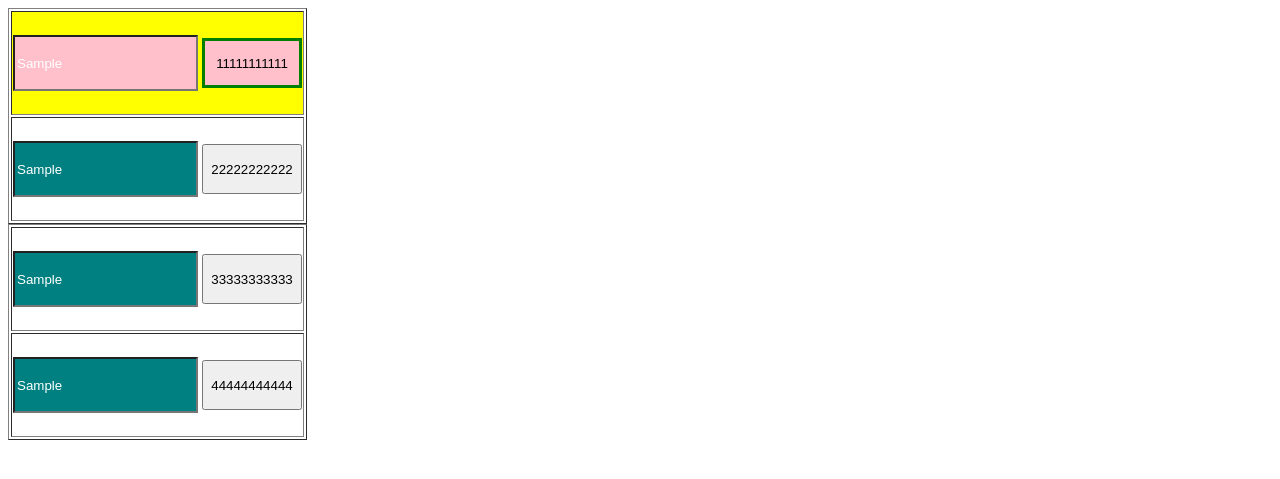
Repository: AgentHyun/FishDalle3
Page: Feb14_1_jQuery/WebContent/2_DOM_Select.html
The author's editor kept a copy of each file at every save. The page is drawn from the files as they stood at one save, then again after the next save.
The browser window is 1280 px wide. The pictures show the whole page.
Empty fields were first filled with sample values (such as "Sample", 5 or name@example.com).
After loading, the first visible `td` was clicked once.

Above is the page before, as saved 2025-02-14 02:56:11.

After the next save:
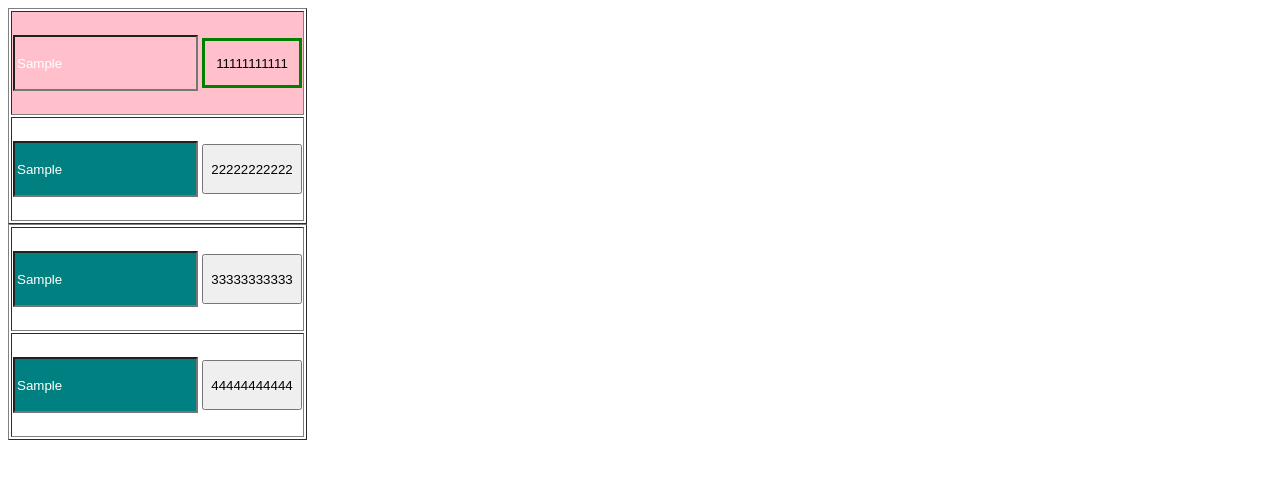
Saved 11 s later.
--- a/Feb14_1_jQuery/WebContent/2_DOM_Select.html
+++ b/Feb14_1_jQuery/WebContent/2_DOM_Select.html
@@ -58,7 +58,7 @@ $(function(){
  	// td를 클릭했을 때 그 td속에 있는 모든 것들의 배경색을 핑크색
  	  $(this).find("input").css("background-color", "pink");
  	 $(this).find("button").css("background-color", "pink");
-	  $(this).css("background-color", "yellow");
+	  $(this).css("background-color", "pink");
  	 //  $(this).css("background-color", "pink");
 
     	 // td를 클릭했을 때 그 td속에 들어있는 버튼의 테두리색 (색자유)
